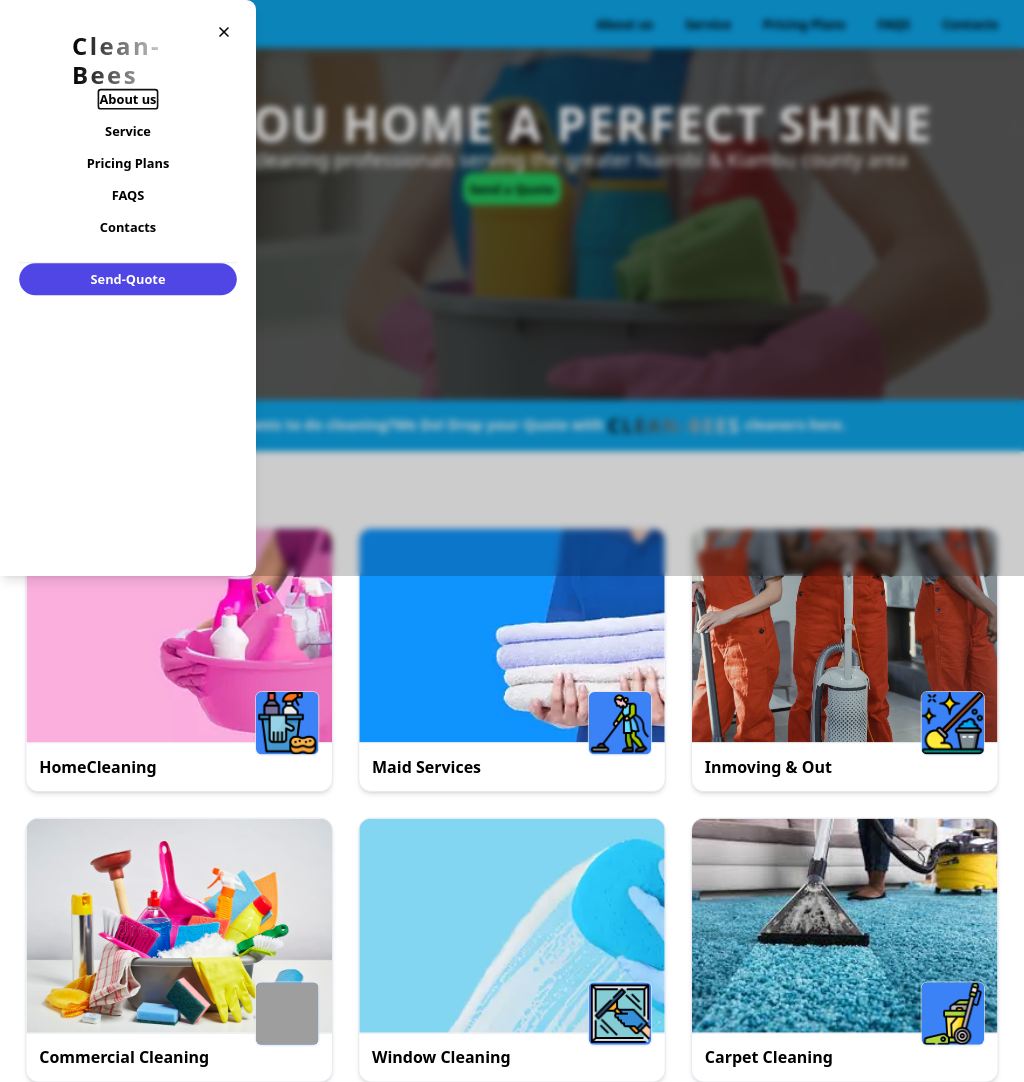
Repository: remydev47/cleanbees
Page: /
The author's editor kept a copy of each file at every save. The page is drawn from the files as they stood at one save, then again after a run of saves.
The browser window is 1280 px wide. The pictures show the whole page, at 80% of full size.
Pictures or frames that could not be fetched are drawn as grey boxes. The project was rebuilt for these pictures with package versions that can differ from the ones it lists, and the page was loaded fresh each time. The framework's server and built-in components were replaced by stand-ins that run in the browser. Also part of the build but not shown: next.config.js.

Above is the page before, as saved 2022-09-19 12:07:30.

After the next 2 saves:
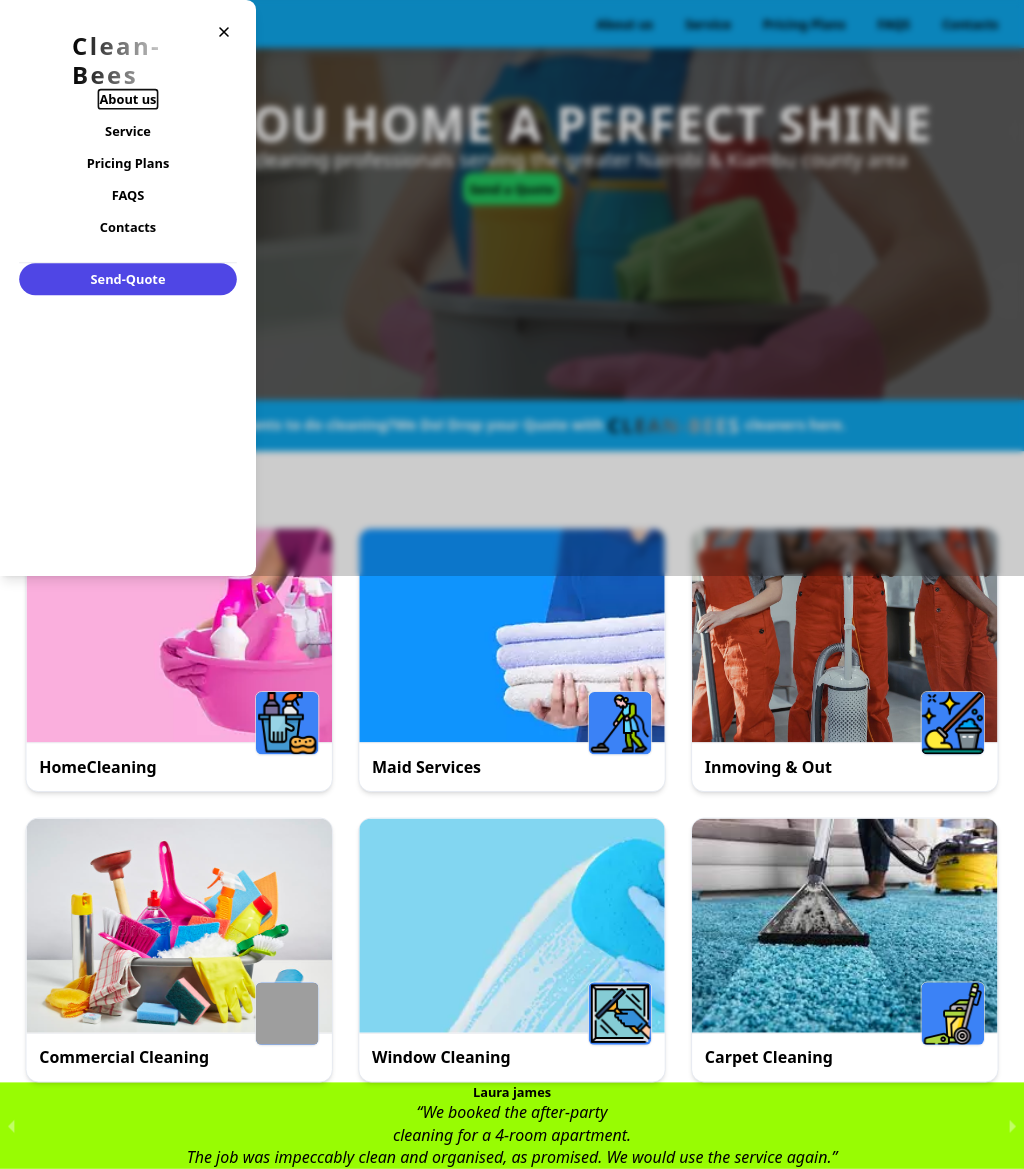
The 2 saves are shown as one change because 1 did not build or start.
The last was saved 4 min 45 s later.
--- a/pages/index.tsx
+++ b/pages/index.tsx
@@ -3,7 +3,7 @@ import Head from 'next/head'
 import Image from 'next/image'
 import Hero from '../components/Hero'
 import Services from '../components/Services';
-import Testmonial from '../components/Testmonial';
+import { Testmonial } from '../components/Testmonial';
 
 const Home: NextPage = () => {
   return (
--- a/components/Testmonial.tsx
+++ b/components/Testmonial.tsx
@@ -1,25 +1,38 @@
 import React from 'react'
-import "react-responsive-carousel/lib/styles/carousel.min.css";
-import { Carousel } from 'react-responsive-carousel'
+import "react-responsive-carousel/lib/styles/carousel.min.css"; // requires a loader
+import { Carousel } from 'react-responsive-carousel';
 
-const Testmonial = () => {
+export const Testmonial = () => {
   return (
-    <>
-      <section className="bg-[#0ea5e9] ">
-
-        <Carousel
-          autoPlay
-          infiniteLoop
-          showStatus={false}
-          showIndicators={false}
-          showThumbs={false}
-          interval={3000}
-        >
-
-        </Carousel>
-      </section>
-    </>
+    <section className={styles.container}>
+      <Carousel
+        autoPlay
+        infiniteLoop
+        showStatus={false}
+        showIndicators={false}
+        showThumbs={false}
+        interval={3000}
+      >
+       <div>
+        <h1 className={styles.headername}>Mat & Tina</h1>
+        <p className='italic text-xl'>“Although it took a while to explain what we wanted when we were booking the final result was great. <br/> The guys who cleaned the apartment were awesome! <br/> Highly recommended after party cleaning service!”</p>
+       </div>
+       <div>
+        <h1 className={styles.headername}>Laura james</h1>
+        <p className='italic text-xl'>“We booked the after-party  <br/> cleaning for a 4-room apartment. <br/> The job was impeccably clean and organised, as promised. We would use the service again.”</p>
+       </div>
+       <div>
+        <h1 className={styles.headername}>Krak Fraco</h1>
+        <p className='italic text-xl'>“Cheap price and excellent service. <br/> We booked the after party cleaning for our home <br/> and garden and the crew did an amazing job putting everything back to normal.”</p>
+       </div>
+      </Carousel>
+    </section>
   )
 }
 
-export default Testmonial
+
+
+const styles = {
+  container:`bg-[#98fc03]`,
+  headername:`font-bold `
+}
